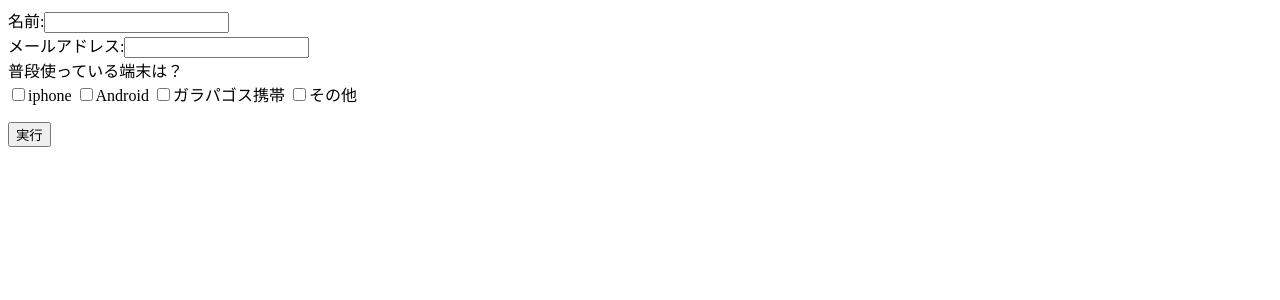
Repository: keita0055/game
Page: nakamura/index.html
The author's editor kept a record of every edit. The page is drawn from the files as they stood at one moment, then again after the next edit.
The browser window is 1280 px wide. The pictures show the whole page.

Above is the page before.

After the next edit:
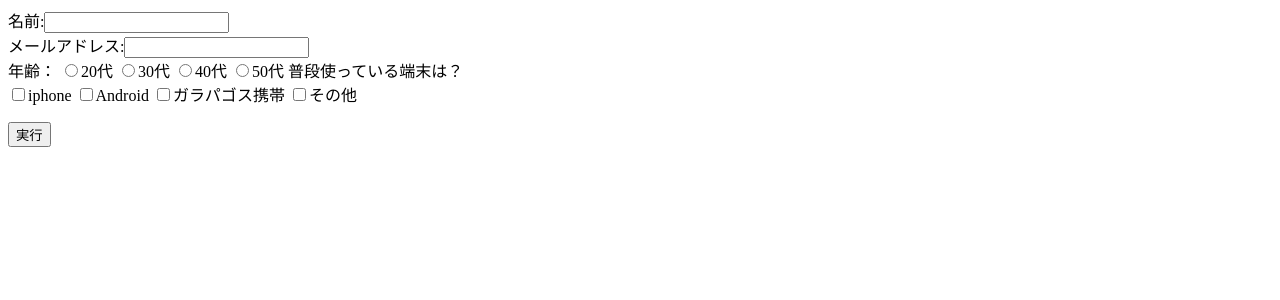
The edit:
--- a/nakamura/index.html
+++ b/nakamura/index.html
@@ -9,6 +9,12 @@
       <br>
       <liabel>メールアドレス:<input type="email" name="email"/></liabel>
       <br>
+      <label>年齢：</label>
+    <input type="radio" name="age" value="20" />20代
+    <input type="radio" name="age" value="30" />30代
+    <input type="radio" name="age" value="40" />40代
+    <input type="radio" name="age" value="50" />50代
+
     <label>普段使っている端末は？</label><br/>
     <input type="checkbox" name="phone" value="iphone" />iphone
     <input type="checkbox" name="phone" value="Android" />Android
